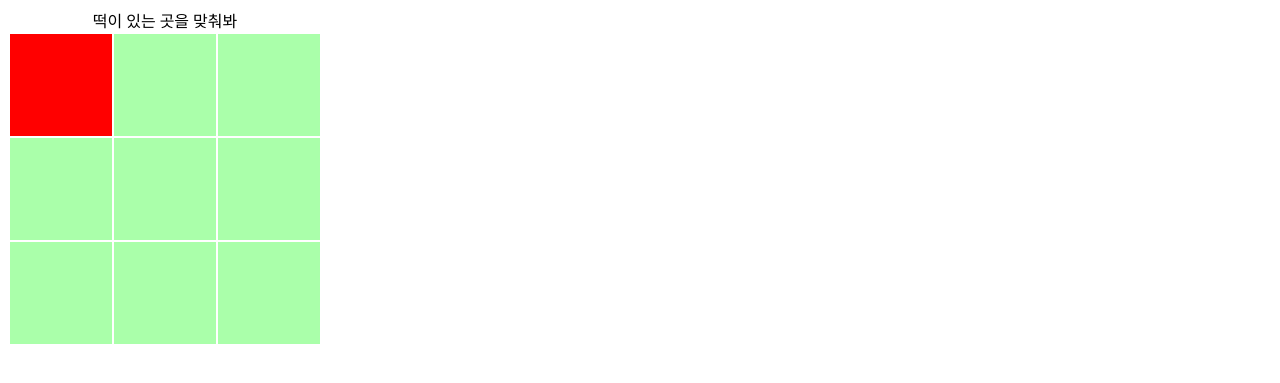
Repository: YERIN0531/SEOYERIN_WEBPRO
Page: gitSource/07_jQuery/jq01/WebContent/dduck.html
An editor plug-in stored every save of this project. The page is shown before and after the next save, followed by the edit.
The browser window is 1280 px wide. The pictures show the whole page.
After loading, the first visible `td` was clicked once.

Above is the page before, as saved 2022-06-21 07:02:03.

### gitSource/07_jQuery/jq01/WebContent/dduck.html
<!DOCTYPE html>
<html>
<head>
<meta charset="UTF-8">
<title>Insert title here</title>
<style>
table td{width:100px; height:100px; background-color: #AAFFAA;}
	.tdRed{background-color: red;}
img{width:100px; height: 100px;}
</style>
<script src="https://code.jquery.com/jquery-3.6.0.min.js"></script>
<script>
 $(document).ready(function(){
	 var ddukIdx = parseInt(Math.random()*9);

	 $('td').each(function(idx, item){
		 $(this).click(function(){// 이렇게 하면 0번째 따로, 1번째 따로함수를 걸거라는 뜻
		if(idx==ddukIdx){
			$(this).css('backgroundImg',"img/dduk.jpg");
		}


		 $('td').removeClass('tdRed');
		 $(this).addClass('tdRed');
		 });
	 });




 });
 </script>
</head>
<body>
<table>
	<caption>떡이 있는 곳을 맞춰봐</caption>
	<tr><td></td><td></td><td></td></tr>
	<tr><td></td><td></td><td></td></tr>
	<tr><td></td><td></td><td></td></tr>


	</table>
</body>
</html>

After the next save:
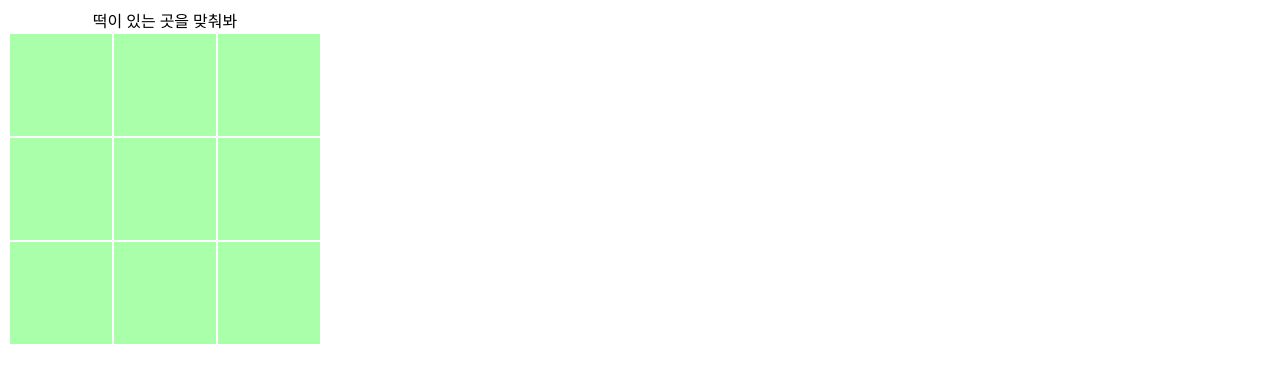
Saved 34 s later.
--- a/gitSource/07_jQuery/jq01/WebContent/dduck.html
+++ b/gitSource/07_jQuery/jq01/WebContent/dduck.html
@@ -17,11 +17,11 @@
 		 $(this).click(function(){// 이렇게 하면 0번째 따로, 1번째 따로함수를 걸거라는 뜻
 		if(idx==ddukIdx){
 			$(this).css('backgroundImg',"img/dduk.jpg");
+			 $('td').removeClass('tdRed');
+			 $(this).addClass('tdRed');
 		}
 
 
-		 $('td').removeClass('tdRed');
-		 $(this).addClass('tdRed');
 		 });
 	 });
 

After the save that followed:
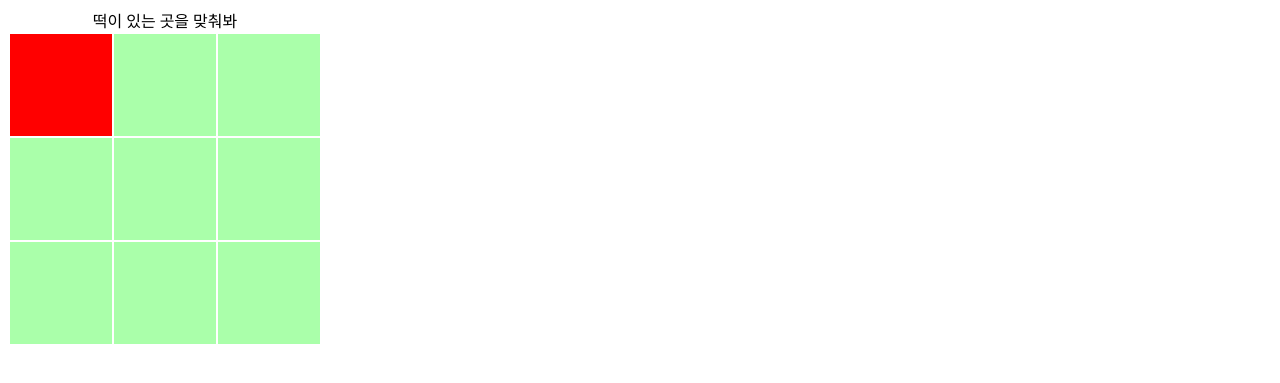
Saved 29 s later.
--- a/gitSource/07_jQuery/jq01/WebContent/dduck.html
+++ b/gitSource/07_jQuery/jq01/WebContent/dduck.html
@@ -16,11 +16,11 @@
 	 $('td').each(function(idx, item){
 		 $(this).click(function(){// 이렇게 하면 0번째 따로, 1번째 따로함수를 걸거라는 뜻
 		if(idx==ddukIdx){
-			$(this).css('backgroundImg',"img/dduk.jpg");
-			 $('td').removeClass('tdRed');
-			 $(this).addClass('tdRed');
+			$(this).css('background-image',"img/dduk.jpg");
+
 		}
-
+		 $('td').removeClass('tdRed');
+		 $(this).addClass('tdRed');
 
 		 });
 	 });
